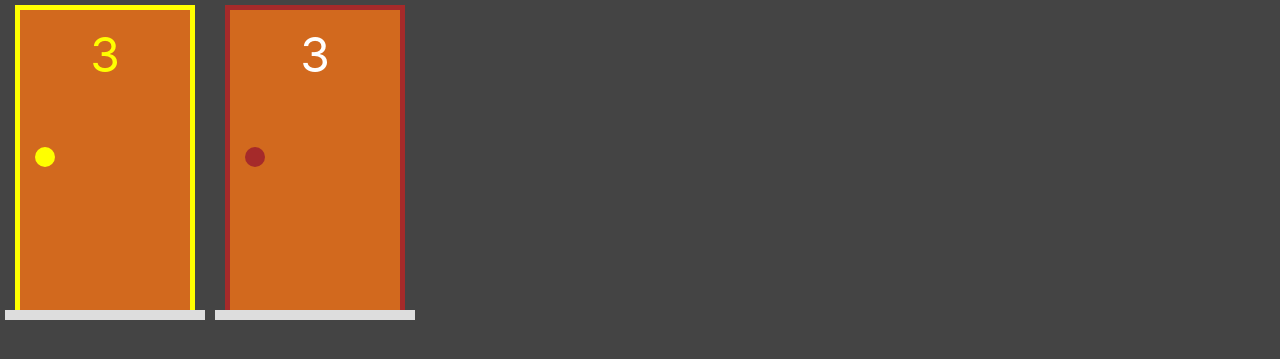
Repository: Mira757/Projeto-Porta-Premiada
Page: /
An editor plug-in stored every save of this project. The page is shown before and after the next save, followed by the edit.
The browser window is 1280 px wide. The pictures show the whole page.
The project was rebuilt for these pictures with package versions that can differ from the ones it lists, and the page was loaded fresh each time. The framework's server and built-in components were replaced by stand-ins that run in the browser. Also part of the build but not shown: next.config.js, styles/Presente.module.css, components/Presente.jsx.

Above is the page before, as saved 2022-03-16 18:48:31.

After the next save:
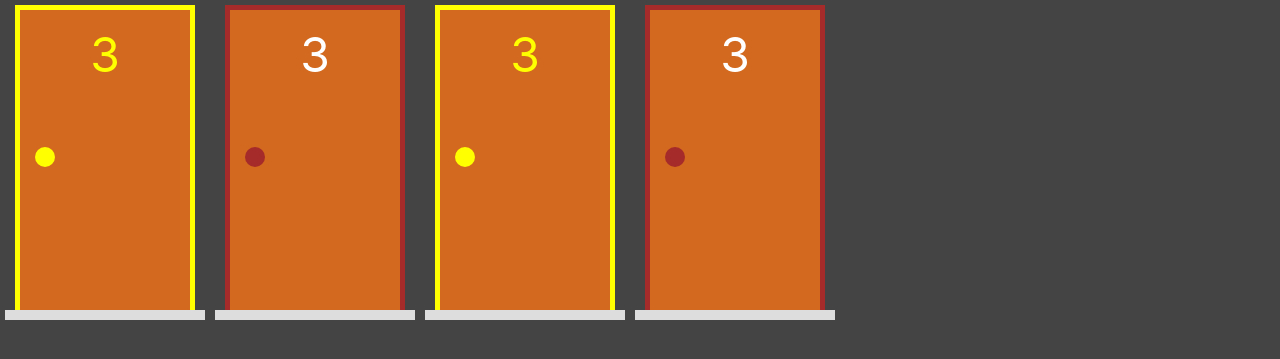
Saved 10 s later.
--- a/pages/index.jsx
+++ b/pages/index.jsx
@@ -6,6 +6,8 @@ export default function Home() {
     <div style={{display: "flex"}}>
       <Porta selecionada/>
       <Porta/>
+      <Porta selecionada/>
+      <Porta/>
     </div>
   )
 }
